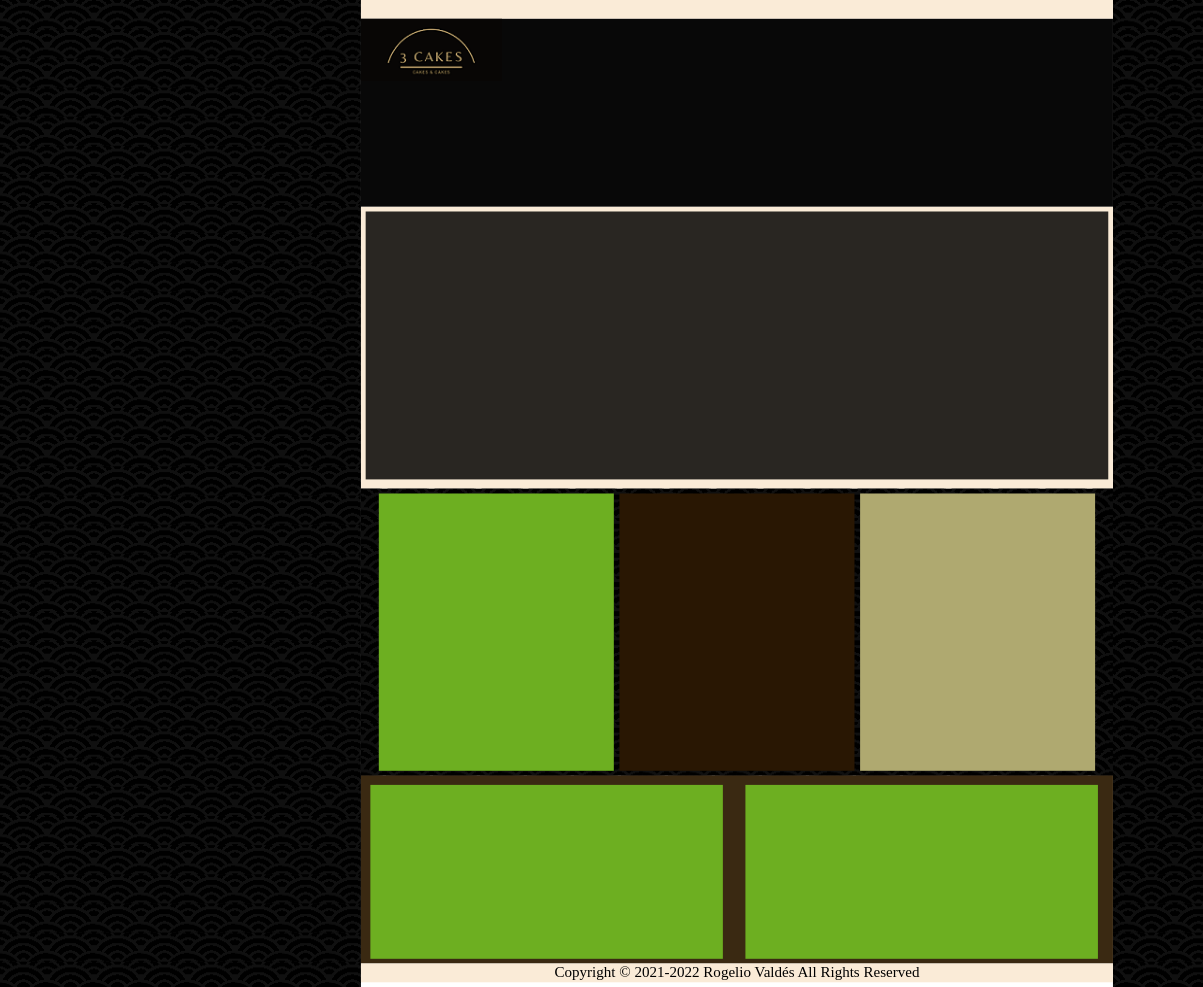
Repository: roge64/htmlfrontend
Page: index.html
These files come from the project's save history. The page is drawn as it stood at one moment and after the next save; the edit follows.
The browser window is 1280 px wide. The pictures show the whole page, at 94% of full size.

Above is the page before, as saved 2022-03-02 17:09:45.

After the next save:
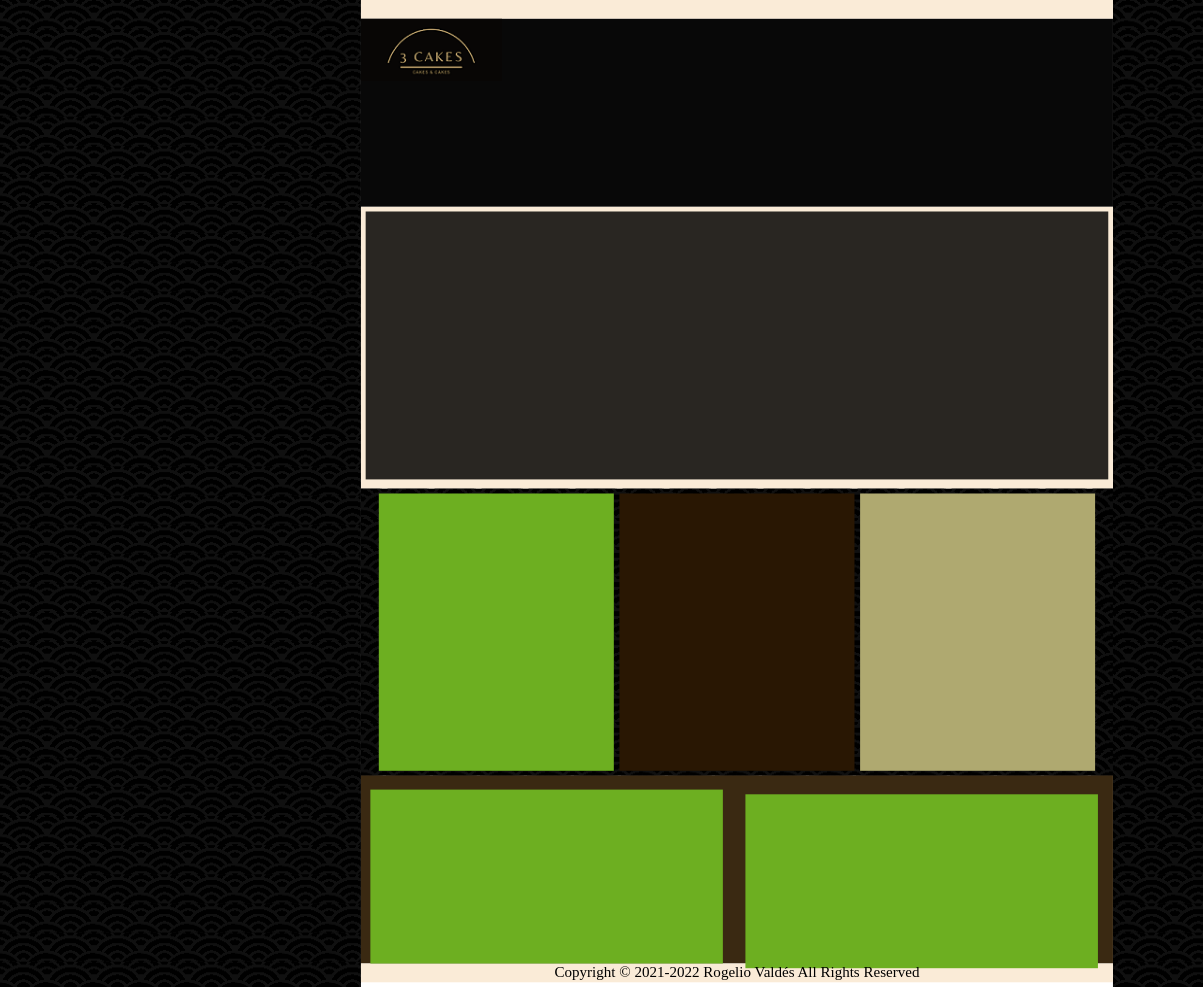
Saved 21 s later.
--- a/estilos/estilos.css
+++ b/estilos/estilos.css
@@ -123,7 +123,7 @@
     height: 185px;
     display: inline-block;
     vertical-align: center;
-    margin: 10px 10px;
+    margin: 15px 10px;
 }
 
 #marcas #mark2{

After the save that followed:
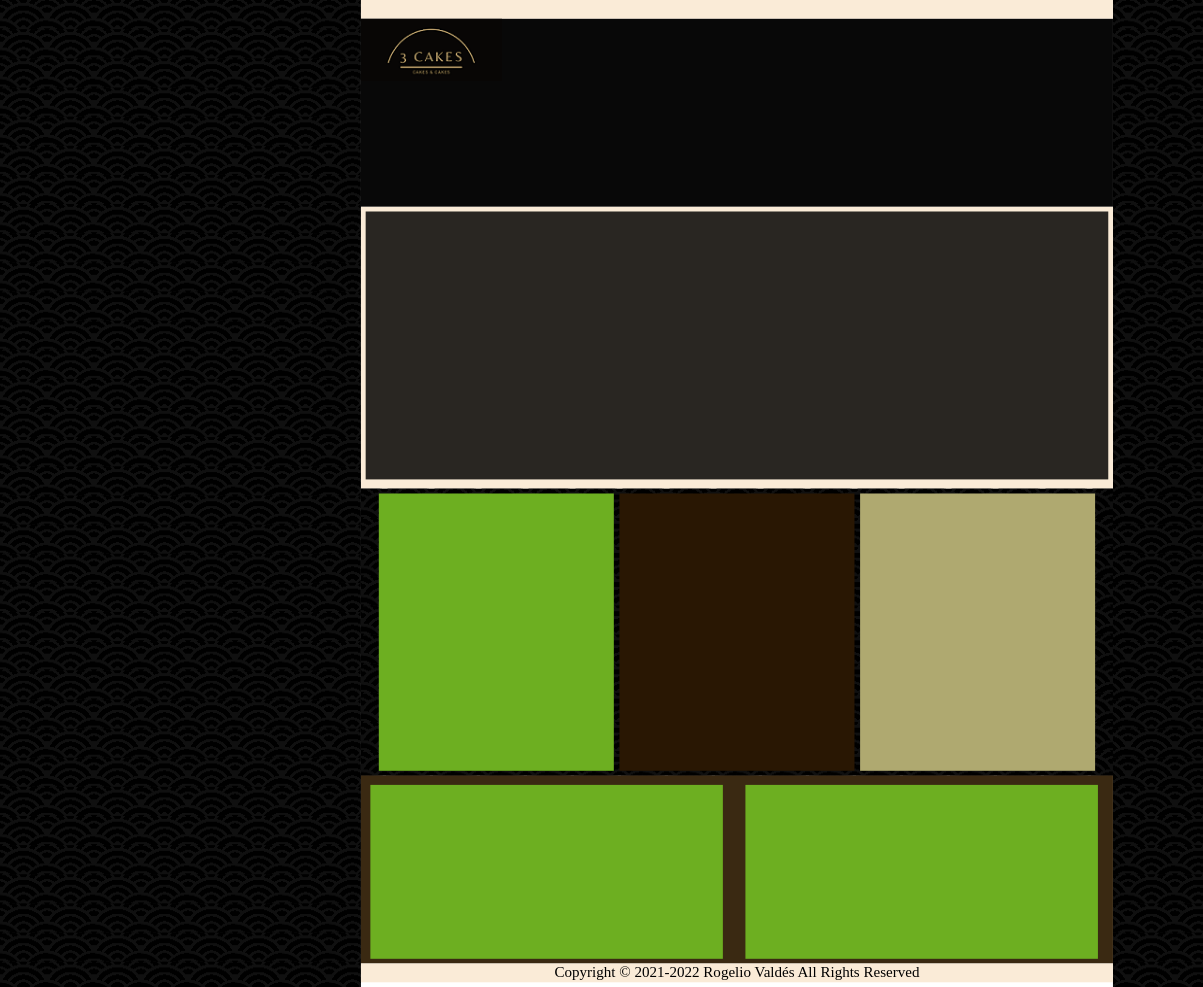
Saved 12 s later.
--- a/estilos/estilos.css
+++ b/estilos/estilos.css
@@ -123,7 +123,7 @@
     height: 185px;
     display: inline-block;
     vertical-align: center;
-    margin: 15px 10px;
+    margin: 10px 10px;
 }
 
 #marcas #mark2{
